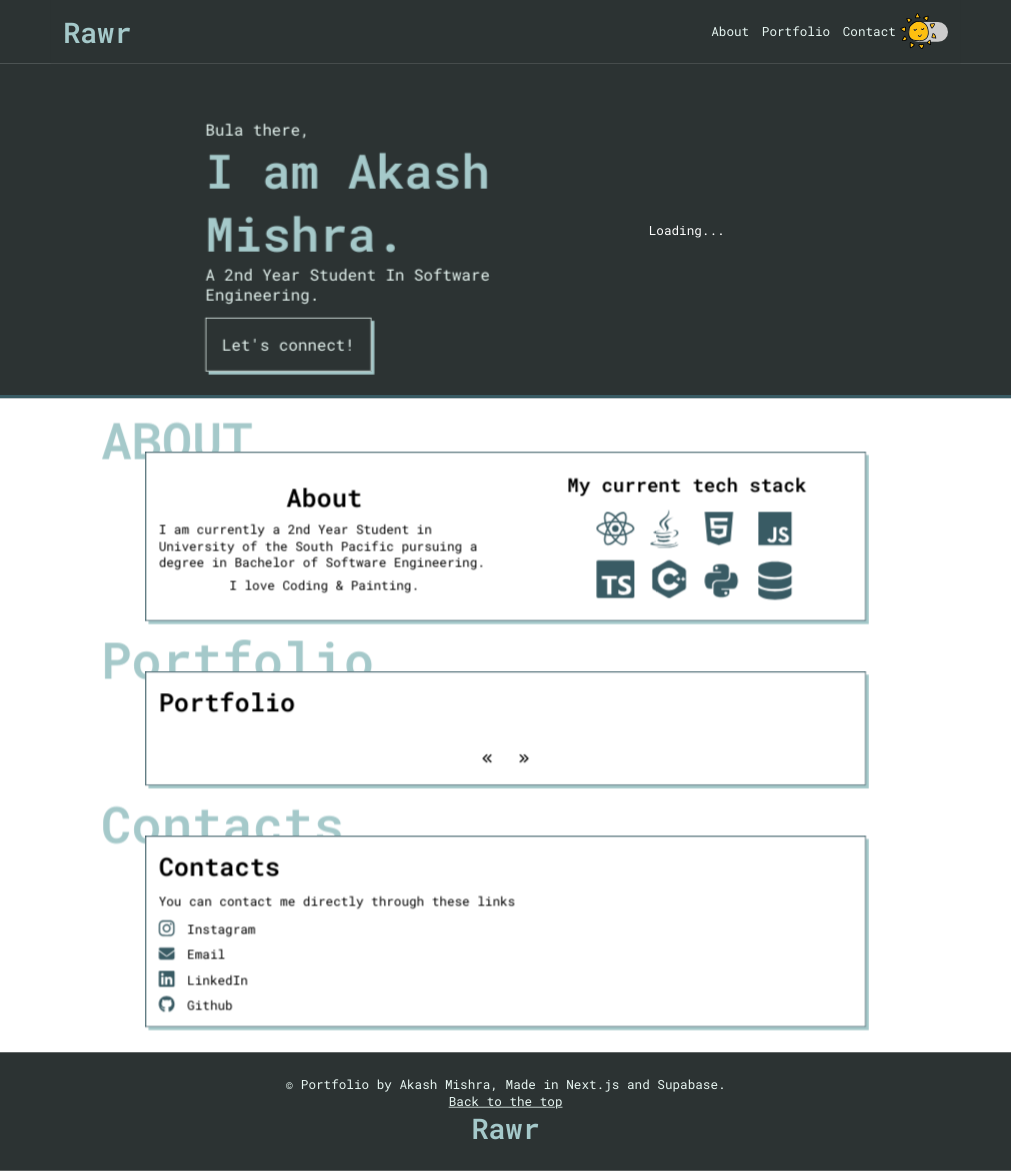
Repository: akashrawr/personal-portfolio
Page: /
The author's editor kept a copy of each file at every save. The page is drawn from the files as they stood at one save, then again after the next save.
The browser window is 1280 px wide. The pictures show the whole page, at 79% of full size.
The page's requests for data from a server got no answer. The project was rebuilt for these pictures with package versions that can differ from the ones it lists, and the page was loaded fresh each time. The framework's server and built-in components were replaced by stand-ins that run in the browser. No one was signed in, and anything a server would have sent is missing. Also part of the build but not shown: next.config.ts.

Above is the page before, as saved 2025-01-03 20:52:50.

After the next save:
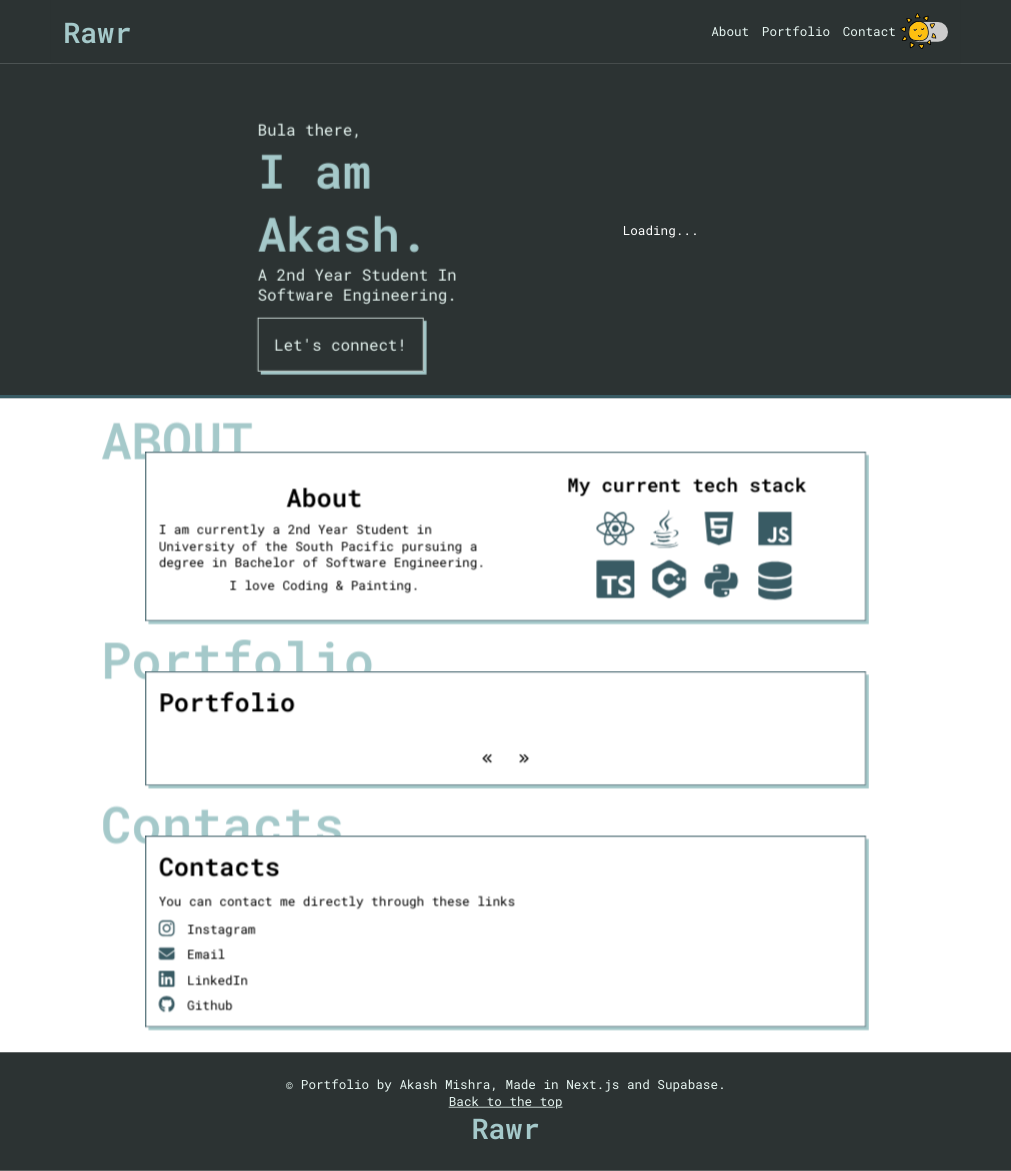
Saved 14 s later.
--- a/app/components/Hero.tsx
+++ b/app/components/Hero.tsx
@@ -29,7 +29,7 @@ function Hero() {
         <div className="hero-container">
           <div className="hero-text-container" data-aos="fade-up">
             <p>Bula there,</p>
-            <h2>I am Akash Mishra.</h2>
+            <h2>I am Akash.</h2>
             <p>A 2nd Year Student In Software Engineering.</p>
           </div>
           <a href="#contact" className="hero-button" data-aos="fade-up">
